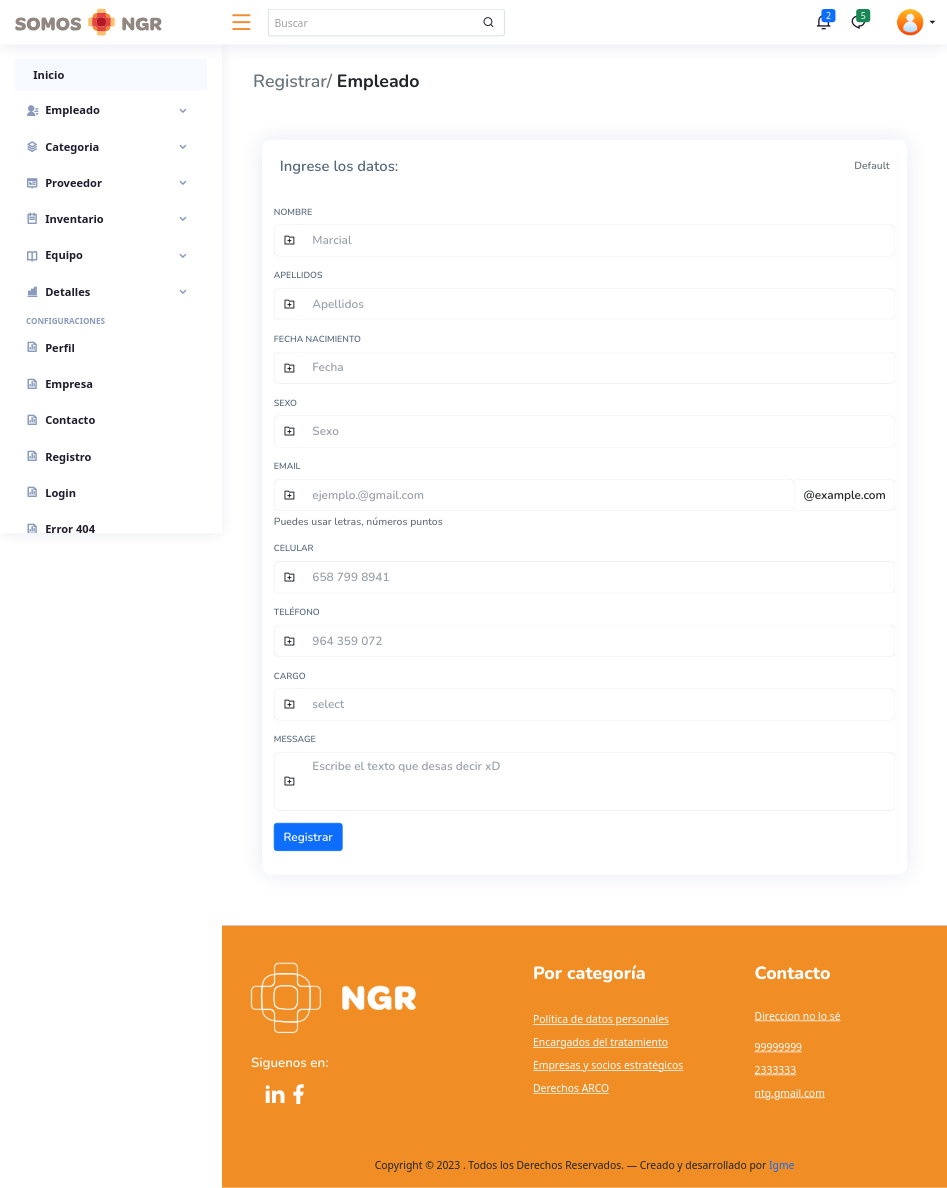
Repository: igmeMarcial/ProyectoLP-2023
Page: http://localhost/proyectoLP_2023/RegistrarEmpleado.jsp
An editor plug-in stored every save of this project. The page is shown before and after the next save, followed by the edit.
The browser window is 1280 px wide. The pictures show the whole page, at 74% of full size.
Pictures or frames that could not be fetched are drawn as grey boxes. Some web fonts or font styles are not loaded; a fallback is used. The page is served by Tomcat 9. The template is opened directly, without the code that normally fills it, so the values that code supplies are empty.

Above is the page before, as saved 2023-03-23 18:21:31.

After the next save:
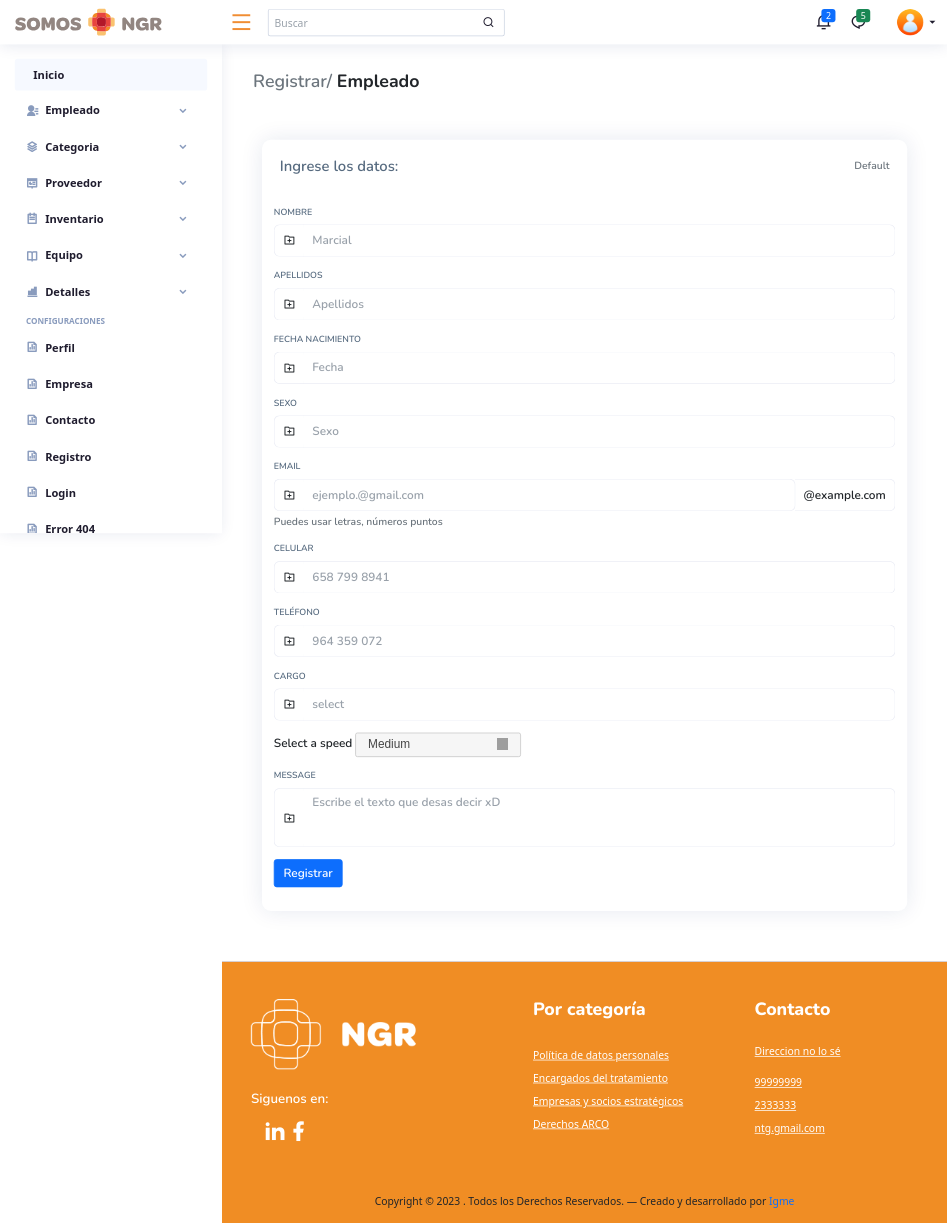
Saved 8 min 36 s later.
--- a/proyectoLP_2023/WebContent/RegistrarEmpleado.jsp
+++ b/proyectoLP_2023/WebContent/RegistrarEmpleado.jsp
@@ -32,6 +32,7 @@
 		  <script>
 		  $( function() {
 		    $( "#fechaNacimiento" ).datepicker();
+		    $( "#menuSelect" ).selectmenu();
 		  } );
 		  </script>
 		<title>Principal</title>
@@ -334,7 +335,7 @@
 											<input type="text" id="fechaNacimiento" class="form-control inputCustom borderColorInput" placeholder="Fecha" aria-label="ACME Inc." aria-describedby="basic-icon-default-company2" />
 										</div>
 									</div>
-									<div class="mb-3">
+									<div class="mb-3" id="">
 										<label class="form-label" for="basic-icon-default-company">Sexo</label>
 										<div class="input-group input-group-merge">
 											<span id="basic-icon-default-company2" class="input-group-text labelCustom borderColorInput"><i class="ri-folder-add-line"></i></span>
@@ -370,6 +371,16 @@
 											<span id="basic-icon-default-phone2" class="input-group-text labelCustom borderColorInput"><i class="ri-folder-add-line"></i></span>
 											<input type="text" id="basic-icon-default-phone" class="form-control phone-mask inputCustom borderColorInput" placeholder="select" aria-label="658 799 8941" aria-describedby="basic-icon-default-phone2" />
 										</div>
+									</div>
+									<div class="mb-3">
+										<label for="speed">Select a speed</label>
+									    <select name="sex" id="menuSelect">
+									      <option>Slower</option>
+									      <option>Slow</option>
+									      <option selected="selected">Medium</option>
+									      <option>Fast</option>
+									      <option>Faster</option>
+									    </select>
 									</div>
 									<div class="mb-3">
 										<label class="form-label" for="basic-icon-default-message ">Message</label>
